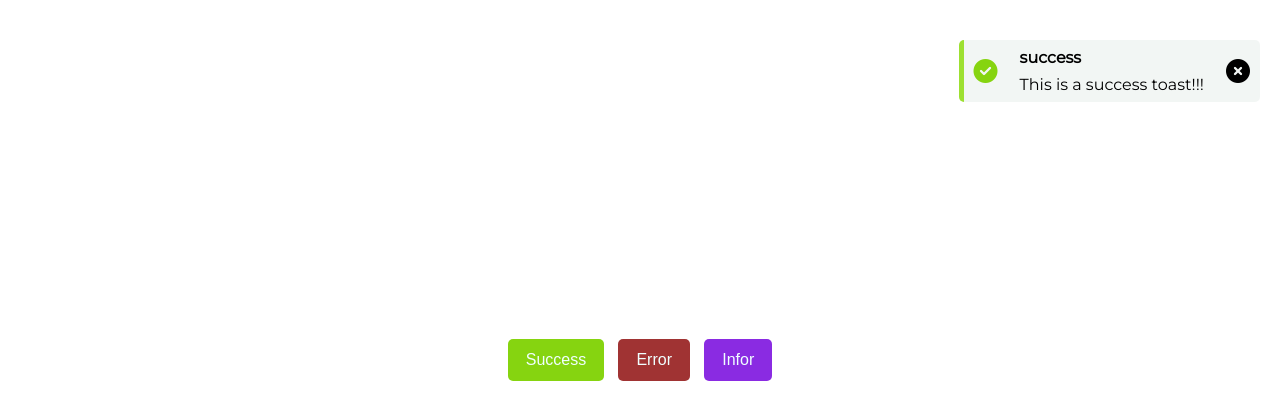
Repository: thuynguyen0964/Toast-Cooler
Page: index.html
An editor plug-in stored every save of this project. The page is shown before and after a run of saves, followed by the edit.
The browser window is 1280 px wide. The pictures show the whole page.
After loading, the first visible `#success` was clicked once.

Above is the page before, as saved 2023-01-26 21:25:34.

After the next 2 saves:
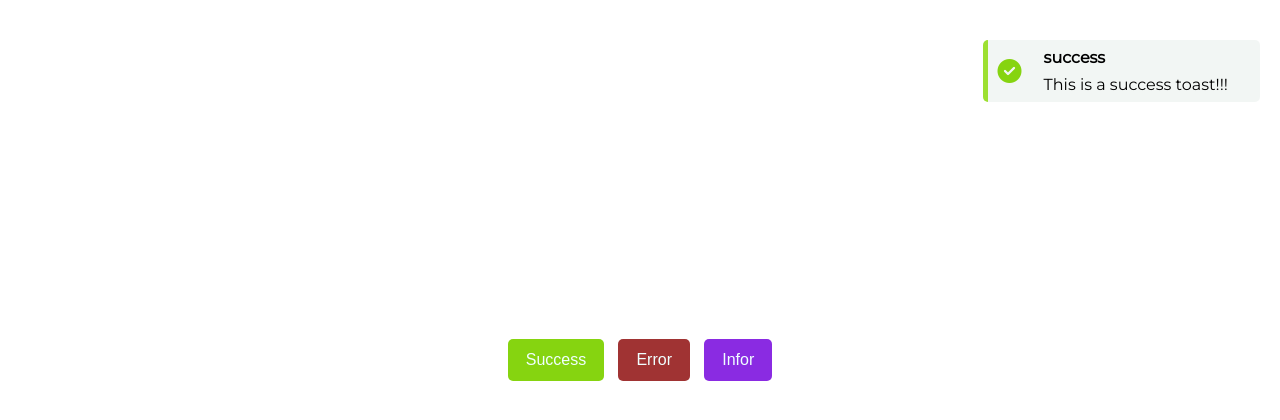
Console error (its wording comes from the project's code and is left out).
The 2 saves are shown as one change because they came seconds apart.
The last was saved 6 s later.
--- a/app/main.js
+++ b/app/main.js
@@ -37,7 +37,7 @@
                         <h4 class="toast__title">${title}</h4>
                         <p class="toast__desc">${text}</p>
                     </div>
-                    <div class="icon__close">
+                    <div class="icon__close" onclick="removeToast(this.parentElement)>
                         <i class="fa-solid fa-circle-xmark"></i>
                     </div>`;
 

After the save that followed:
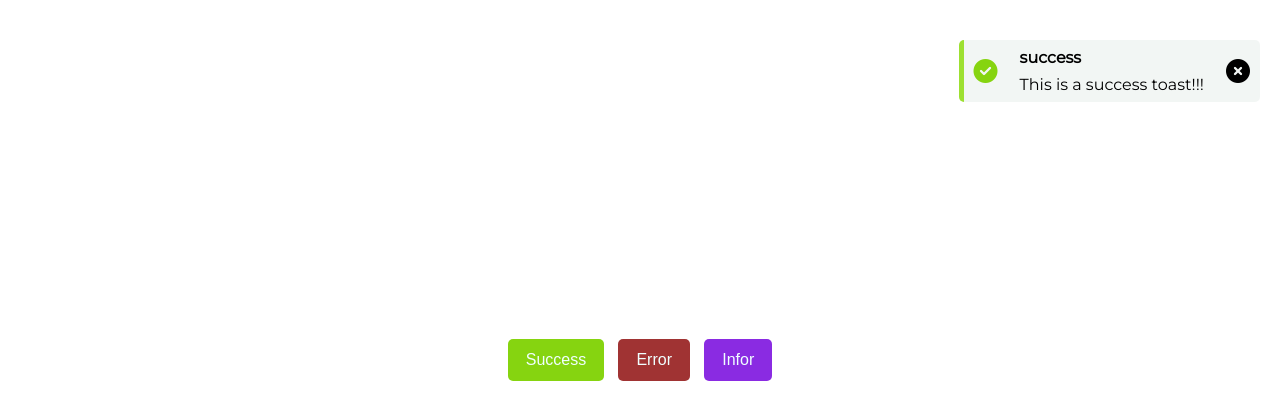
The error is gone.
Saved 15 s later.
--- a/app/main.js
+++ b/app/main.js
@@ -37,7 +37,7 @@
                         <h4 class="toast__title">${title}</h4>
                         <p class="toast__desc">${text}</p>
                     </div>
-                    <div class="icon__close" onclick="removeToast(this.parentElement)>
+                    <div class="icon__close">
                         <i class="fa-solid fa-circle-xmark"></i>
                     </div>`;
 
